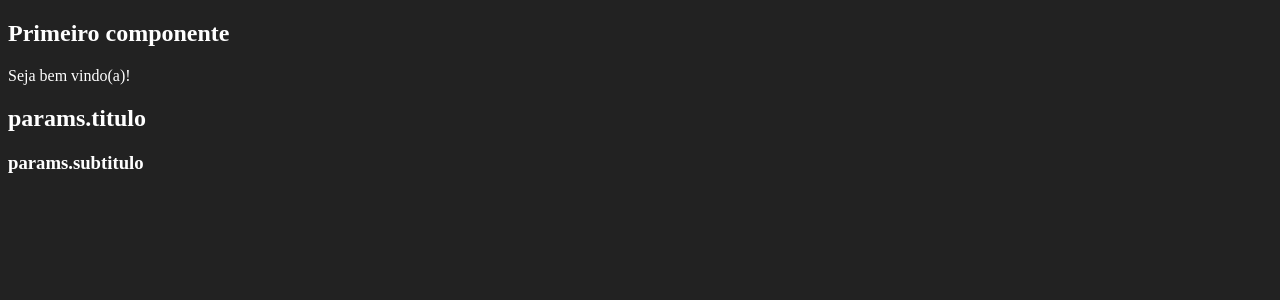
Repository: jean-siqueira/fundamentos-react
Page: /
These files come from the project's save history. The page is drawn as it stood at one moment and after the next save; the edit follows.
The browser window is 1280 px wide. The pictures show the whole page.
The project was rebuilt for these pictures with package versions that can differ from the ones it lists, and the page was loaded fresh each time.

Above is the page before, as saved 2023-03-04 11:10:19.

### src/index.js
import './index.css'
import ReactDOM from 'react-dom'
import React from 'react'

import Primeiro from './components/basicos/Primeiro'
import ComParametro from './components/basicos/ComParametro'

const tag = <strong>Olá React</strong>


ReactDOM.render(
    <div>
        <Primeiro></Primeiro>
        <ComParametro
            titulo="Segundo Componente"
            subtitulo="Muito Legal!"/>
    </div>,
    document.getElementById('root'))

### src/components/basicos/Primeiro.js

import React from "react"

export default function Primeiro() {

    const msg = 'Seja bem vindo(a)!'

    return (
        <div>
            <h2>Primeiro componente</h2>
            <p>  {msg} </p>
        </div>
    )

}

### src/components/basicos/ComParametro.jsx
import React from "react"

export default function ComParametro(params) {
    console.log(params)
    return (
        <div>
            <h2>params.titulo</h2>
            <h3>params.subtitulo</h3>
        </div>
    )
}

Loaded but not shown: public/index.html (common file); src/index.css (common file)

After the next save:
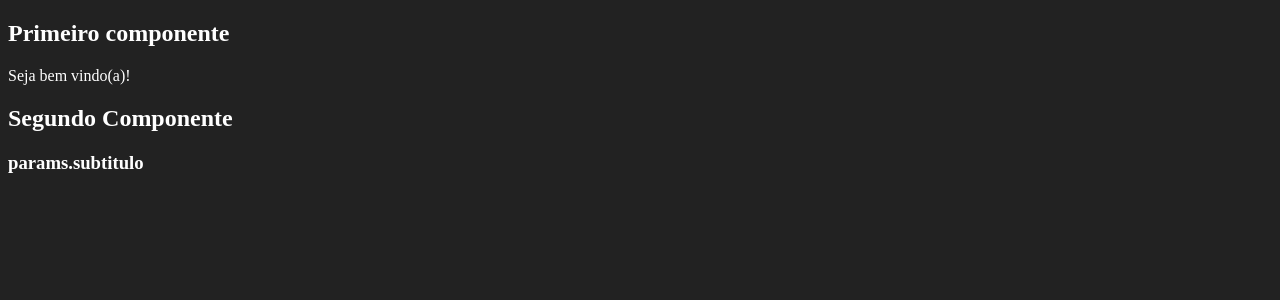
Saved 8 s later.
--- a/src/components/basicos/ComParametro.jsx
+++ b/src/components/basicos/ComParametro.jsx
@@ -4,7 +4,7 @@ export default function ComParametro(params) {
     console.log(params)
     return (
         <div>
-            <h2>params.titulo</h2>
+            <h2>{params.titulo}</h2>
             <h3>params.subtitulo</h3>
         </div>
     )
